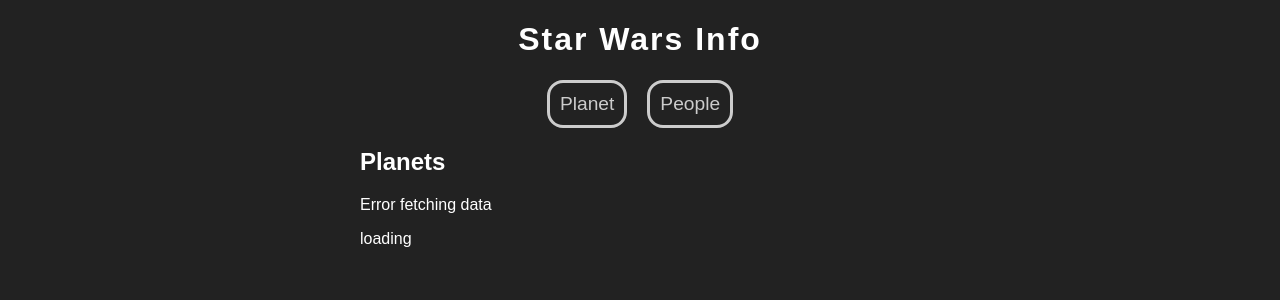
Repository: mireu-san/jikan-react-query
Page: /, after clicking the first element matching `button`
These files come from the project's save history. The page is drawn as it stood at one moment and after the next save; the edit follows.
The browser window is 1280 px wide. The pictures show the whole page.
The page's requests for data from a server got no answer. The project was rebuilt for these pictures with package versions that can differ from the ones it lists, and the page was loaded fresh each time. No one was signed in, and anything a server would have sent is missing.

Above is the page before, as saved 2022-11-29 20:43:22.

### src/index.js
import React from "react";
import App from "./App";
import { QueryClient, QueryClientProvider } from "react-query";
import { createRoot } from "react-dom/client";

const queryClient = new QueryClient();

const rootElement = document.getElementById("root");
const root = createRoot(rootElement);

root.render(
  <React.StrictMode>
    <QueryClientProvider client={queryClient}>
      <App />
    </QueryClientProvider>
  </React.StrictMode>
);

### src/App.js
import React, { useState } from "react";
import Navbar from "./components/Navbar";
import Planets from "./components/Planets";
import People from "./components/People";
import "./index.css";

function App() {
  const [page, setPage] = useState();

  return (
    <div className="App">
      <h1>Star Wars Info</h1>
      <Navbar setPage={setPage} />
      <div className="content">
        {page === "planets" ? <Planets /> : <People />}
      </div>
    </div>
  );
}
export default App;

// import { BrowserRouter as Router, Routes, Route } from "react-router-dom";
// import { Home } from "./Home";
// import { QueryClient, QueryClientProvider } from "@tanstack/react-query";

// function App() {
//   const client = new QueryClient({
//     defaultOptions: {
//       queries: {
//         refetchOnWindowFocus: true,
//       },
//     },
//   });
//   return (
//     <div className="App">
//       <QueryClientProvider client={client}>
//         <Router>
//           <Routes>
//             <Route path="/" element={<Home />} />
//             <Route path="*" element={<h1> PAGE NOT FOUND</h1>} />
//           </Routes>
//         </Router>
//       </QueryClientProvider>
//     </div>
//   );
// }

// export default App;

### src/components/Navbar.js
import React from "react";

const Navbar = ({ setPage }) => {
  return (
    <nav>
      <button onClick={() => setPage("planets")}>Planet</button>
      <button onClick={() => setPage("people")}>People</button>
    </nav>
  );
};

export default Navbar;

### src/components/Planets.js
import React from "react";
import { useQuery } from "react-query";

const fetchPlanets = async () => {
  const res = await fetch("http://swapi.dev/api/planets/");
  return res.json();
};

const Planets = () => {
  const { data, status } = useQuery("planets", fetchPlanets);
  console.log(data);

  return (
    <div>
      <h2>Planets</h2>

      {status === "loading" && <div>Error fetching data</div>}

      {status === "error" && <div>Error fetching data</div>}
      <p>{status}</p>
    </div>
  );
};

export default Planets;

### src/components/People.js
import React from "react";

const People = () => {
  return (
    <div>
      <h2>People</h2>
    </div>
  );
};

export default People;

### src/index.css
body {
    margin: 0;
    font-family: Arial, Helvetica, sans-serif;
    background: #222;
    color: white;
    text-align: center;
}

.App {
    width: 560px;
    margin: 0 auto;
}

h1 {
    color: #ffffff;
    letter-spacing: 2px;
}

button {
    margin: 0 10px;
    background: transparent;
    border: 3px solid #ccc;
    border-radius: 1rem;
    padding: 10px;
    color: #ccc;
    font-size: 1.2rem;
    cursor: pointer;
}

button:hover {
    color: #fff;
    border-color: #fff;
}

.content {
    text-align: left;
}

Loaded but not shown: public/index.html (common file)

After the next save:
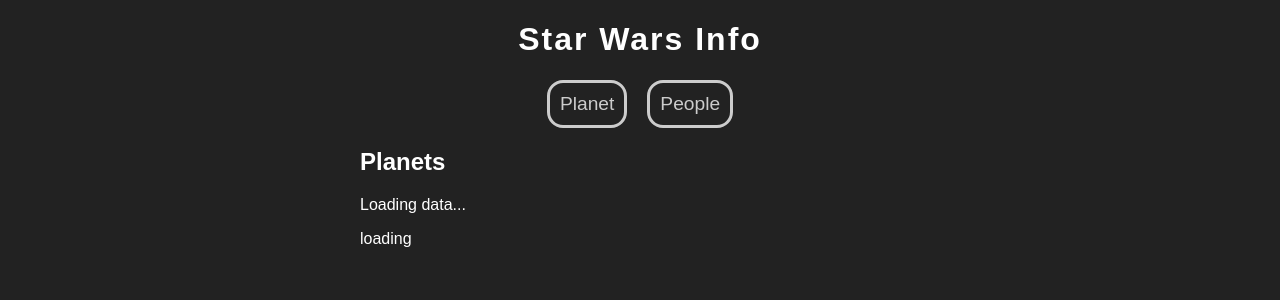
Saved 10 s later.
--- a/src/components/Planets.js
+++ b/src/components/Planets.js
@@ -14,9 +14,9 @@
     <div>
       <h2>Planets</h2>
 
-      {status === "loading" && <div>Error fetching data</div>}
+      {status === "loading" && <div>Loading data...</div>}
 
-      {status === "error" && <div>Error fetching data</div>}
+      {status === "error" && <div>Error fetching data!</div>}
       <p>{status}</p>
     </div>
   );
